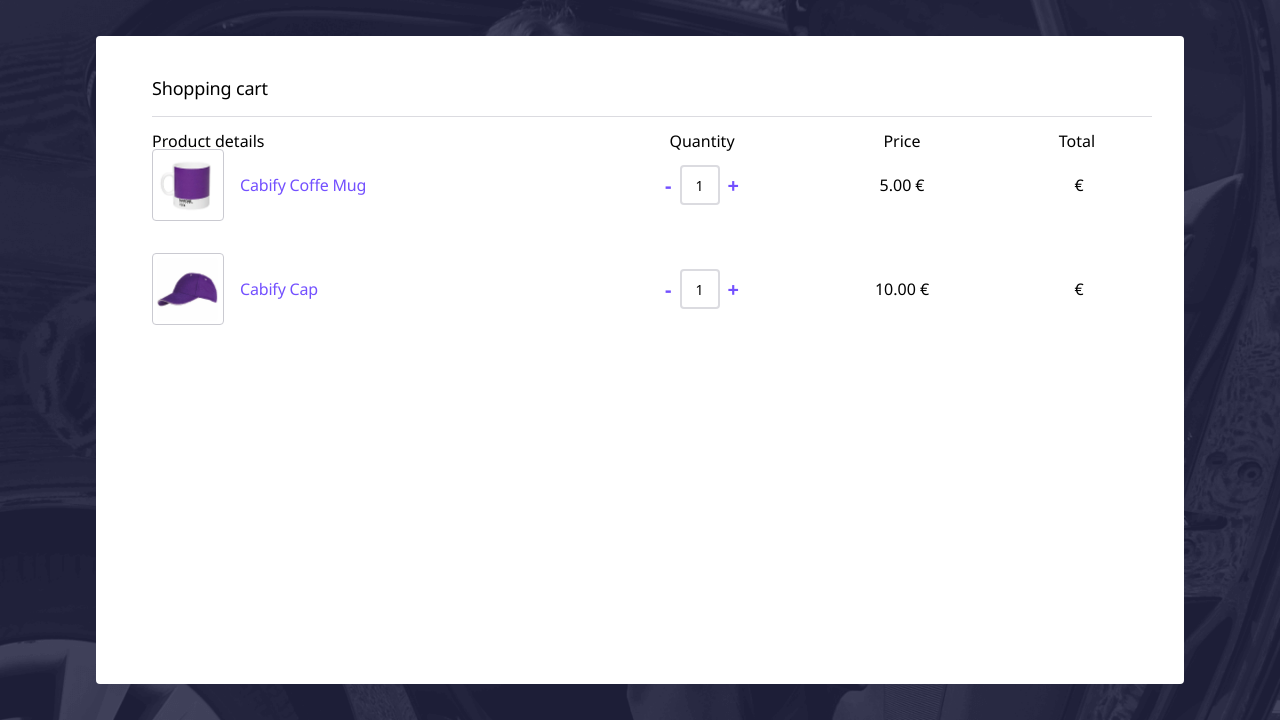
Repository: banchiec/challengecbfy
Page: /
These files come from the project's save history. The page is drawn as it stood at one moment and after the next save; the edit follows.
The browser window is 1280 px wide. The pictures show the whole page.
The project was rebuilt for these pictures with package versions that can differ from the ones it lists, and the page was loaded fresh each time. Also part of the build but not shown: craco.config.js.

Above is the page before, as saved 2021-12-08 18:19:47.

### src/index.js
import './index.css';
import App from './App';
import Checkout from './helpers/checkout'
// here a service should be called to obtain the api data
import { products } from './data/data'

import discounts from './helpers/discounts';

const purchase = new Checkout(products, discounts)
purchase.init()
App(purchase)

### src/App.js
import { render } from 'react-dom';
import Main from './components/main/Main'
import './App.css';

function App(purchase) {
  render(<Main purchase={purchase} />, document.getElementById('root'))
}

export default App;

### src/helpers/checkout.js
export default class Checkout {
    constructor(products, discounts = []) {
        this.price = products.reduce((acc, curr) => ({ ...acc, [curr.code]: curr }), {})
        this.discounts = discounts
        this.cartItems = []
    }
    init() {
        this.scan('T-SHIRT')
        this.scan('MUG')
        this.scan('CAP')
    }
    get items() {
        return this.cartItems
    }
    scan(code, argument = 1) {
        const currentCartItem = this.cartItems.find((product) => product.code === code)

        if (currentCartItem) {
            switch (argument) {
                case 1:
                    currentCartItem.count += 1
                    break
                case -1:
                    currentCartItem.count -= 1
                    if (currentCartItem.count === 0) {
                        this.cartItems = this.cartItems.filter((item) => item.code !== code)
                    }
                    break
                default:
                    currentCartItem.count = argument;
                    break
            }
            return this
        }
        const currentPriceItem = this.price[code]
        if (currentPriceItem) {
            switch (argument) {
                case 1:
                    this.cartItems.push({ ...currentPriceItem, count: 1 })
                    break
                default:
                    this.cartItems.push({ ...currentPriceItem, count: argument })
            }
            return this
        }
    }
    cost() {

    }
}

### src/data/data.js
import shirt from '../assets/images/shirt.png'
import mug from '../assets/images/mug.png'
import cap from '../assets/images/cap.png'
export const products = [
    {
        id: '1',
        code: 'TSHIRT',
        name: 'Cabify T-Shirt',
        price: '20.00',
        image: shirt
    },
    {
        id: '2',
        code: 'TSHIRT',
        name: 'Cabify T-Shirt green',
        price: '19.00',
        image: shirt
    },
    {
        id: '3',
        code: 'MUG',
        name: 'Cabify Coffe Mug',
        price: '5.00',
        image: mug

    },
    {
        id: '4',
        code: 'CAP',
        name: 'Cabify Cap',
        price: '10.00',
        image: cap

    }
]

### src/helpers/discounts.js
const discounts = [
    {
        discount: '2x1Mug',
        check: (products) => {
            const currentProduct = products.find((product) => product.code === 'MUG')
            if (currentProduct && currentProduct.count > 1) {
                return ({
                    name: '2x1 Mug offer',
                    discountAmount: Math.trunc(currentProduct.count / 2) * currentProduct.price
                })
            }
            return null
        }
    },
    {
        discount: 't-shirtMore3',
        check: (products) => {
            const currentProduct = products.find((product) => products.code === 'T-SHIRT')
            if (currentProduct && currentProduct.count >= 3) {
                return ({
                    name: 'x3 shirt offer',
                    discountAmount: (currentProduct.price / 100) * 5 * currentProduct.count
                })
            }
            return null
        }
    }
]

export default discounts

### src/components/main/Main.js
import { useState } from "react"
import { ShoppingCart } from "../shoppingCart/ShoppingCart"

export default function Main(props) {
    const { purchase } = props
    const [items, setItems] = useState(purchase.items)

    const scan = (code) => (op) => (e) => {

    }
    const cost = (code) => purchase.cost(code)

    // console.log(purchase)
    // console.log(items)
    return (
        <main className="App">
            <ShoppingCart items={items} scan={scan} cost={cost} />
        </main>
    )
}

### src/App.css
* {
  box-sizing: border-box;
  outline: none;
}

html,
body,
div,
span,
applet,
object,
iframe,
h1,
h2,
h3,
h4,
h5,
h6,
p,
blockquote,
pre,
a,
abbr,
acronym,
address,
big,
button,
cite,
code,
del,
dfn,
em,
img,
ins,
kbd,
q,
s,
samp,
small,
strike,
strong,
sub,
sup,
tt,
var,
b,
u,
i,
center,
dl,
dt,
dd,
ol,
ul,
li,
fieldset,
form,
label,
legend,
table,
caption,
tbody,
tfoot,
thead,
tr,
th,
td,
article,
aside,
canvas,
details,
embed,
figure,
figcaption,
footer,
header,
hgroup,
menu,
nav,
output,
ruby,
section,
summary,
time,
mark,
audio,
video {
  margin: 0;
  padding: 0;
  border: 0;
  vertical-align: baseline;
  font: 100%;
}

/* HTML5 display-role reset for older browsers */
article,
aside,
details,
figcaption,
figure,
footer,
header,
hgroup,
menu,
nav,
section {
  display: block;
}

body {
  -webkit-font-smoothing: antialiased;
  -moz-osx-font-smoothing: grayscale;
  line-height: 1;
}

ol,
ul {
  list-style: none;
}

blockquote,
q {
  quotes: none;
}

a {
  cursor: pointer;
}

blockquote:before,
blockquote:after,
q:before,
q:after {
  content: none;
}

table {
  border-spacing: 0;
  border-collapse: collapse;
}

a {
  text-decoration: none;
}

input:not([type="checkbox"]):not([type="radio"]),
textarea {
  appearance: none;
}

input[type="number"]::-webkit-outer-spin-button,
input[type="number"]::-webkit-inner-spin-button {
  margin: 0;
  appearance: none;
}

input[type="number"] {
  appearance: textfield;
}

input::-ms-clear {
  display: none;
}

select::-ms-expand {
  display: none;
}

textarea {
  overflow: auto;
  vertical-align: top;
}

input::placeholder {
  opacity: 1;
}

h1.main {
  padding-bottom: 16px;
  border-bottom: 1px solid rgba(33, 34, 64, 0.16);
}

.wrapper.border,
.wrapper-half.border {
  border-bottom: 1px solid rgba(33, 34, 64, 0.16);
}

h2,
.products-list li.products-list-title {
  color: #a6a7b3;
  text-transform: uppercase;
  letter-spacing: 1px;
  font-size: 10px;
  line-height: 16px;
}

h2,
.product-code {
  font-size: 12px;
  line-height: 16px;
}

.product-quantity,
.summary input,
.summary ul li,
.summary-total-cost {
  font-size: 14px;
  line-height: 17px;
}

.product h1 {
  font-size: 16px;
  line-height: 24px;
}

.products button.count,
.summary-total-price {
  font-size: 20px;
  line-height: 25px;
}

h2 {
  color: #717285;
  letter-spacing: 0;
  font-weight: 300;
}

h2 + * {
  margin-top: 16px;
}

body {
  margin: 0;
  padding: 0;
  height: 100vh;
  background-image: url("./assets/images/background.png");
  background-color: #212240;
  background-position: top left;
  background-size: cover;
  font-family: Avenir, "Avenir Next", "Segoe UI", sans-serif;
  font-weight: regular;
}

.App {
  position: fixed;
  top: 50%;
  left: 50%;
  display: flex;
  overflow-x: hidden;
  overflow-y: auto;
  max-width: 1088px;
  max-height: 648px;
  width: calc(100% - 64px);
  height: calc(100% - 64px);
  border-radius: 4px;
  background-color: #ffffff;
  transform: translate(-50%, -50%);
}

h1 {
  position: relative;
  letter-spacing: -0.18px;
  font-size: 18px;
  line-height: 24px;
}

.wrapper {
  padding: 32px 0;
}

.wrapper-half {
  padding: 24px 0;
}

.tableHead {
  padding: 32px 0;
}

.row {
  position: relative;
  display: flex;
  flex-flow: row nowrap;
  justify-content: space-between;
}

.row + .row {
  margin-top: 32px;
}

[class*="col-"] {
  display: flex;
  align-items: center;
}

[class*="col-"]:nth-child(n + 2) {
  justify-content: center;
}

.col-product {
  width: 45%;
}

.col-quantity {
  width: 20%;
}

.col-price {
  width: 20%;
}

.col-total {
  width: 15%;
}

input {
  width: 100%;
  height: 48px;
  border-radius: 4px;
}

.currency {
  margin-left: 4px;
}

.products {
  padding: 40px 32px 40px 56px;
}

.products button.count {
  padding: 0 8px;
  height: 40px;
  border: none;
  background: transparent;
  color: #7350ff;
  font-weight: bold;
  cursor: pointer;
}

.products {
  flex: 1;
}

.products-list {
  position: relative;
  width: 100%;
}

.product-image {
  display: flex;
  align-items: center;
  flex-flow: row nowrap;
}

.product-image img {
  margin-right: 16px;
  width: 72px;
  height: 72px;
  border: 1px solid #cacad1;
  border-radius: 4px;
}

.product-code {
  border-radius: 4px;
  color: #a6a7b3;
  letter-spacing: 0.13px;
  font-weight: 400;
}

.product-quantity {
  width: 40px;
  height: 40px;
  border: 2px solid #dbdbe0;
  border-radius: 4px;
  text-align: center;
}

.product-price {
  color: #000000;
  font-size: 16px;
}

.product .clear {
  border: none;
  background: transparent;
}

.product .clear span {
  position: relative;
  display: block;
  width: 16px;
  height: 16px;
}

.product .clear span:before,
.product .clear span:after {
  content: "";
  position: absolute;
  top: 8px;
  left: 2px;
  display: block;
  width: 12px;
  height: 2px;
  border-radius: 8px;
  background-color: #a6a7b3;
  transform: rotate(-45deg);
  transform-origin: center center;
}

.product .clear span:before {
  transform: rotate(45deg);
}

.product h1 {
  color: #7350ff;
}

.summary {
  display: flex;
  flex-flow: column wrap;
  padding: 40px 32px;
  width: 312px;
  background-color: #f3f3f3;
  color: #212240;
}

.summary > * {
  width: 100%;
}

.summary-items-price {
  font-size: 16px;
  font-weight: bold;
}

.summary input {
  margin: 8px auto;
  color: #a6a7b3;
  text-indent: 16px;
  text-transform: uppercase;
}

.summary input::placeholder {
  color: #a6a7b3;
  text-transform: lowercase;
}

.summary ul li {
  display: flex;
  justify-content: space-between;
}

.summary ul li > *:nth-child(2) {
  font-weight: bold;
}

.summary ul li + li {
  margin-top: 20px;
}

.summary-total {
  align-self: flex-end;
  margin-top: auto;
  padding-top: 16px;
  padding-bottom: 0;
  border-top: 1px solid rgba(33, 34, 64, 0.16);
  color: #212240;
}

.summary-total-cost {
  flex-basis: 100%;
  text-transform: uppercase;
}

.summary-total-price {
  font-weight: bold;
}

.summary button[type="submit"] {
  margin-top: 24px;
  padding-top: 16px;
  padding-bottom: 16px;
  width: 100%;
  border-radius: 4px;
  background: #7350ff;
  color: #ffffff;
  font-size: 16px;
  font-weight: bold;
  line-height: 14px;
  cursor: pointer;
}

### src/components/shoppingCart/ShoppingCart.js
import { uniqueId } from 'lodash'
import { ContainerShoppingCart } from './ShoppingCart.styled'
import { CartString } from '../CartString/CartString'

export const ShoppingCart = (props) => {
    console.log(props)
    const { items, scan, cost } = props
    return (
        <section className="products">
            <h1 className="main">Shopping cart</h1>
            <ul className="mt-4">
                <li className="products-list-title row">
                    <div className="col-product">Product details</div>
                    <div className="col-quantity">Quantity</div>
                    <div className="col-price">Price</div>
                    <div className="col-total">Total</div>
                </li>
            </ul>
            <ul className="products-list">
                {items.map((item) => (
                    <CartString
                        content={item}
                        scan={scan(item.code)}
                        cost={cost(item.code)}
                        key={uniqueId()}
                    />
                ))}
            </ul>
        </section>
    )
}

### src/components/shoppingCart/ShoppingCart.styled.js
import styled from "styled-components"

export const ContainerShoppingCart = styled.section`
    flex: 1;
    padding :40px 32px 40px 56px;

    h1{
        padding-bottom: 16px;
        border-bottom:1px solid rgba(33,34,64,0.16);
        font-size: 22px;
    }
    h2,ul{
        color: #a6a7b2;
        text-transform: uppercase;
        letter-spacing: 1px;
        font-size: 10px;
        line-height: 16px;
        li{
        }
    }
`

### src/components/CartString/CartString.js
export const CartString = (props) => {
    const {
        content: {
            productCode,
            name,
            count,
            image,
            price
        },
        scan,
        cost
    } = props
    console.log(image)
    return (
        <li className="product row">
            <div className="col-product">
                <figure className="product-image">
                    <img src={image} alt={image} />
                    <div className="product-description">
                        <h1>{name}</h1>
                        <p className="product-code">{productCode}</p>
                    </div>
                </figure>
            </div>
            <div className="col-quantity">
                <button type="button" className="count" onClick={scan('dec')}>
                    -
                </button>
                <input type="text" className="product-quantity" value={count} onChange={scan('set')} />
                <button type="button" className="count" onClick={scan('inc')}>
                    +
                </button>
            </div>
            <div className="col-price">
                <span className="product-price">
                    {price}
                </span>
                <span className="product-currency currency">€</span>
            </div>
            <div className="col-total">
                <span className="product-price">{cost}</span>
                <span className="product-currency currency">€</span>
            </div>
        </li>
    )
}

Loaded but not shown: public/index.html (common file); src/index.css (common file); tailwind.config.js (common file)

After the next save:
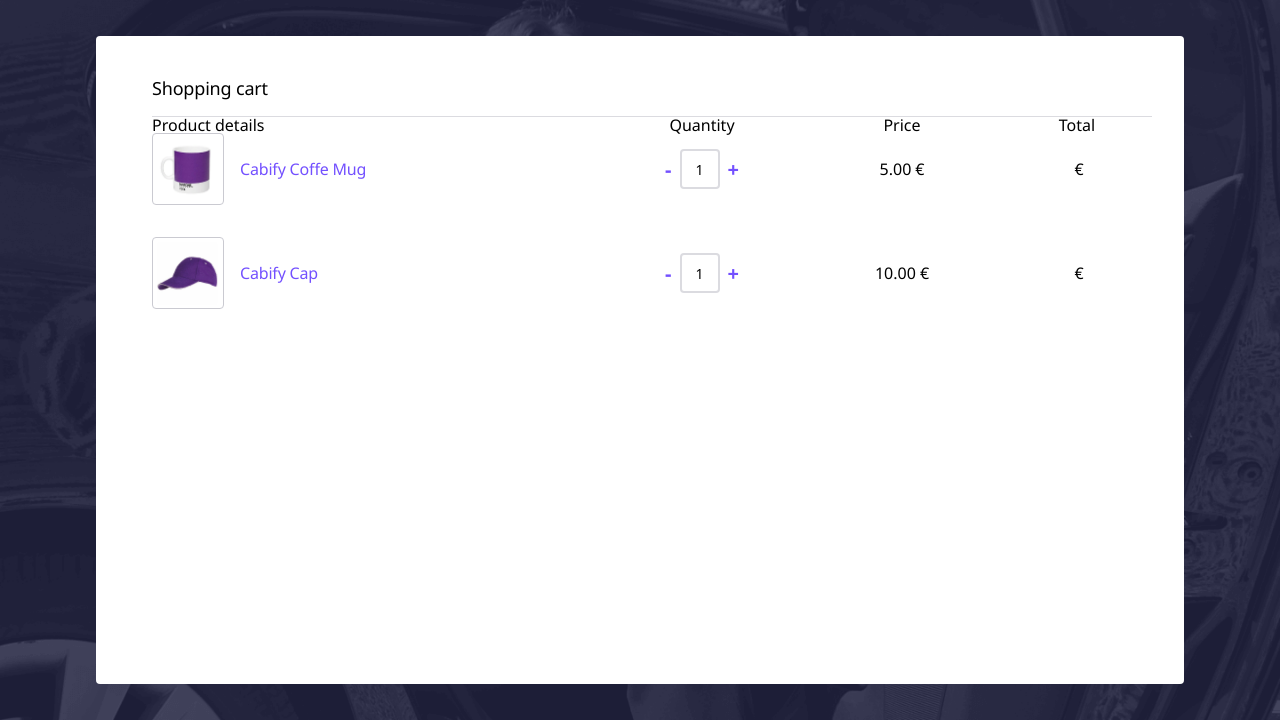
Saved 22 s later.
--- a/src/components/shoppingCart/ShoppingCart.js
+++ b/src/components/shoppingCart/ShoppingCart.js
@@ -8,7 +8,7 @@
     return (
         <section className="products">
             <h1 className="main">Shopping cart</h1>
-            <ul className="mt-4">
+            <ul className="product-list">
                 <li className="products-list-title row">
                     <div className="col-product">Product details</div>
                     <div className="col-quantity">Quantity</div>
